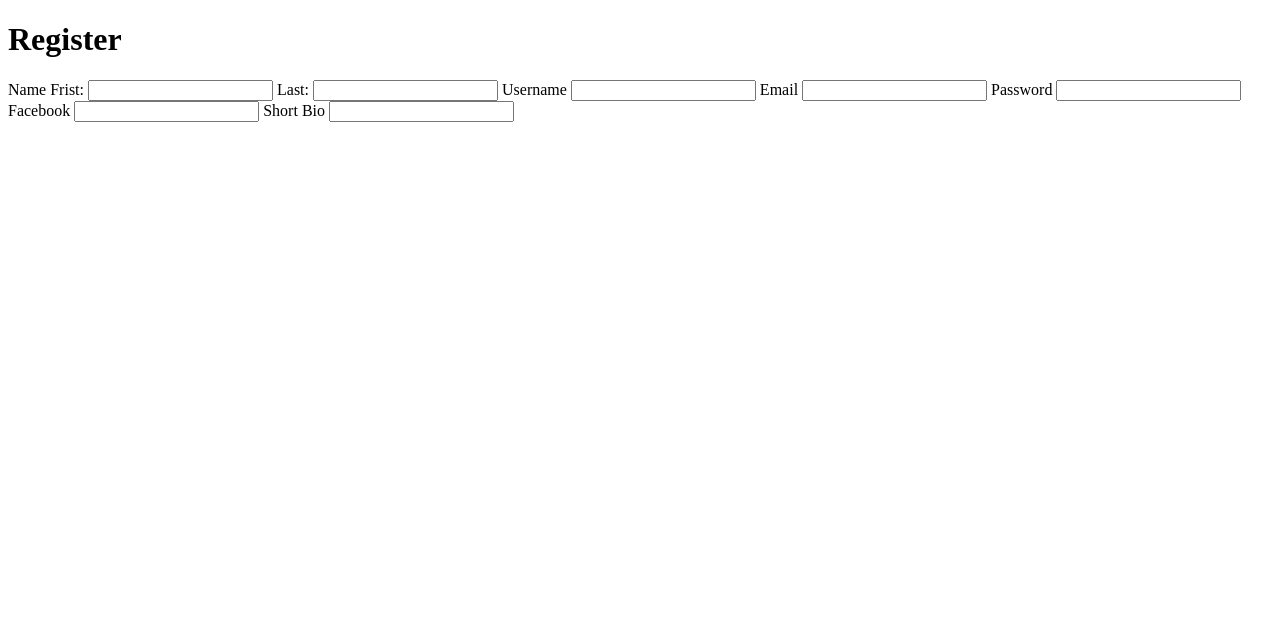
Repository: Knguyen2003/Spring
Page: JavaServlet/Tuan1/PhanNguyenKhoiNguyen_21068021_Tuan1/src/main/webapp/index.html
These files come from the project's save history. The page is drawn as it stood at one moment and after the next save; the edit follows.
The browser window is 1280 px wide. The pictures show the whole page.

Above is the page before, as saved 2024-08-21 11:41:28.

After the next save:
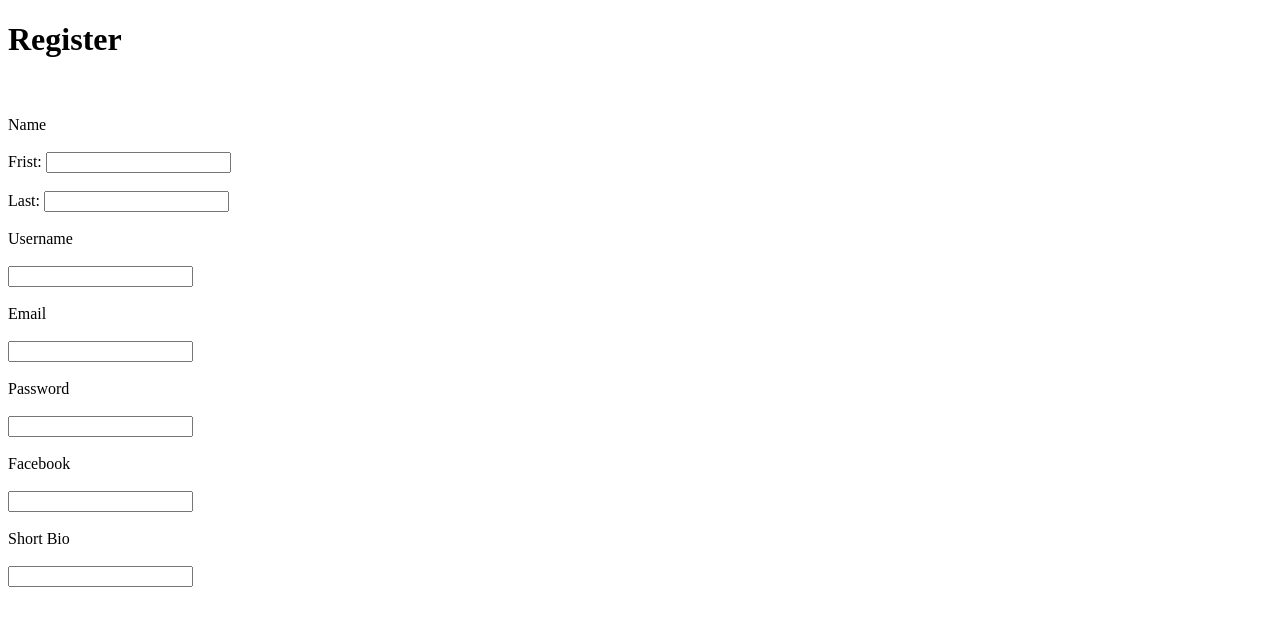
Saved 106 s later.
--- a/JavaServlet/Tuan1/PhanNguyenKhoiNguyen_21068021_Tuan1/src/main/webapp/index.html
+++ b/JavaServlet/Tuan1/PhanNguyenKhoiNguyen_21068021_Tuan1/src/main/webapp/index.html
@@ -7,13 +7,20 @@
 <body>
 
 	<form method="get/post" action="TênServlet" name="registrationForm">
-		<h1>Register</h1>
-		<label>Name</label> Frist: <input type="text" name="first">
-		Last: <input type="text" name="last"> <label>Username</label>
-		<input type="text" name="usn"> <label>Email</label> <input
-			type="text" name="email"> <label>Password</label> <input
-			type="password" name="pw"> <label>Facebook</label> <input
-			type="text" name="face"> <label>Short Bio</label> <input
-			type="text" name="short">
+		<h1>Register</h1> <br><br>
+        <label>Name</label> <br><br>
+         Frist: <input type="text" name="first"> <br><br>
+         Last: <input type="text" name="last"> <br><br>
+        <label>Username</label> <br><br>
+        <input type="text" name="usn"> <br><br>
+        <label>Email</label> <br><br>
+        <input type="text" name="email"> <br><br>
+        <label>Password</label> <br><br>
+        <input type="password" name="pw"> <br><br>
+        <label>Facebook</label> <br><br>
+        <input type="text" name="face"> <br><br>
+
+        <label>Short Bio</label> <br><br>
+        <input type="text" name="short"> <br><br>
 </body>
 </html>
